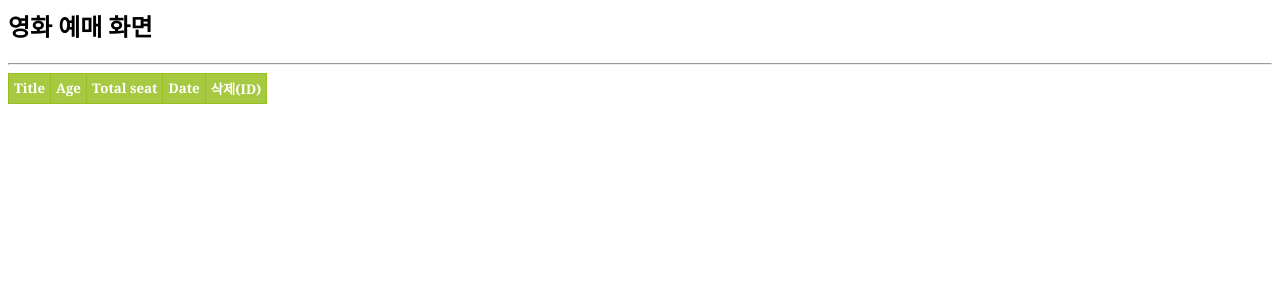
Repository: lmcoa15/Movie
Page: http://localhost/movie/user/user_reservation.jsp
An editor plug-in stored every save of this project. The page is shown before and after the next save, followed by the edit.
The browser window is 1280 px wide. The pictures show the whole page.
The page is served by Tomcat 9. Other server files are loaded and not shown.

Above is the page before, as saved 2015-12-08 16:01:34.

### workspace/movie/WebContent/user/user_reservation.jsp
<%@ page language="java" pageEncoding="UTF-8" contentType="text/html; charset=UTF-8"
 import="java.util.*,movie.admin.*"%>

<jsp:useBean id="datas" scope="request" class="java.util.ArrayList" />
<jsp:setProperty name="datas" property="*" />

<link rel="stylesheet" href="../css/movie_list_css.css" type="text/css" media="screen" />

<!DOCTYPE html PUBLIC "-//W3C//DTD HTML 4.01 Transitional//EN" "http://www.w3.org/TR/html4/loose.dtd">
<html>

<%
	String films_id= request.getParameter("films_id");
	System.out.println("선택한 영화 id :"+films_id);
%>

<head>
<meta http-equiv="Content-Type" content="text/html; charset=UTF-8">
<title>영화 예매 화면</title>
</head>
<body>
<h2>영화 예매 화면</h2>
<hr>
<form name=form1 method=post  action=film_control.jsp>

<table border="1">
	<tr><th>Title</th><th>Age</th>
	<th>Total seat</th><th>Date</th>
	<th>삭제(ID)</th>
	</tr>

	<%
		//String id
		for(film ab:(ArrayList<film>) datas){
	%>
	<tr>
	<td><%=ab.getName_film() %></td>
	<td><%=ab.getAge_phase() %></td>
	<td><%=ab.getSeat_num() %></td>
	<td><%=ab.getWatch_date() %></td>

	<input type=hidden name="action" value="delete">
 	<td><input type=Submit name="id_film" value="<%=ab.getId_film() %>"></td>

	</tr>
	<%
		}
	%>
</table>
</form>
</body>
</html>

### workspace/movie/WebContent/css/movie_list_css.css
@charset "utf-8";

table{
		width:auto;
		border-collapse:collapse;
		text-align:center;
}

td,th{
		font-size:10pt;
		border:1px solid #98bf21;
		height:30px;
		padding:5px;
}

th{
		background-color:#A7C942;
		color:#ffffff;
		font-family:Georgia;
}

tr td{
		color:#000000;
		background-color:#EAF2D3;
}
input {
		height:25px;
		width:200px;
}
img {
	width:70px;
	height:70px;
}
input [type="submit"],[type="reset"],[type="button"]{
	height:25px;
	width:80px;
}

After the next save:
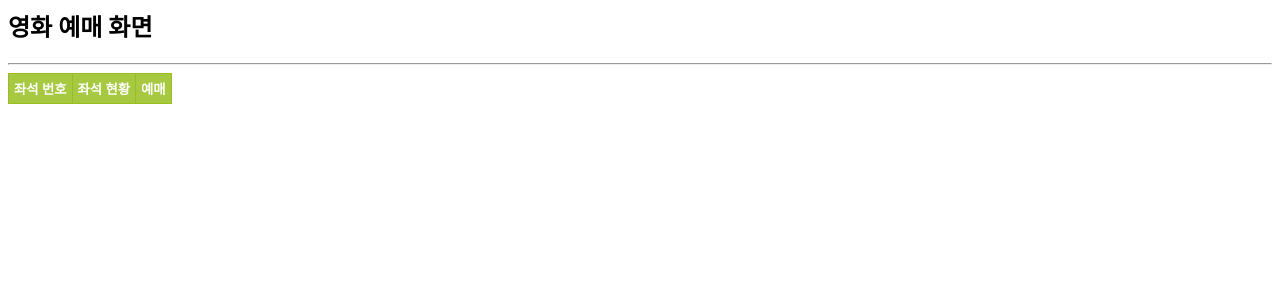
Saved 2 min 29 s later.
--- a/workspace/movie/WebContent/user/user_reservation.jsp
+++ b/workspace/movie/WebContent/user/user_reservation.jsp
@@ -24,9 +24,8 @@
 <form name=form1 method=post  action=film_control.jsp>
 
 <table border="1">
-	<tr><th>Title</th><th>Age</th>
-	<th>Total seat</th><th>Date</th>
-	<th>삭제(ID)</th>
+	<tr><th>좌석 번호</th><th>좌석 현황</th>
+	<th>예매</th>
 	</tr>
 
 	<%
